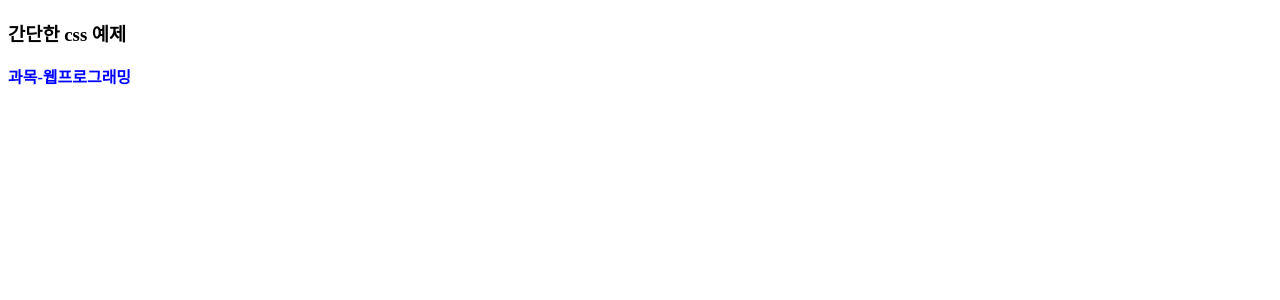
Repository: marudaga/html-css-lecture
Page: work/study/src/main/webapp/htmlEx/ch03/ex01.html
These files come from the project's save history. The page is drawn as it stood at one moment and after the next save; the edit follows.
The browser window is 1280 px wide. The pictures show the whole page.

Above is the page before, as saved 2022-09-06 06:17:52.

After the next save:
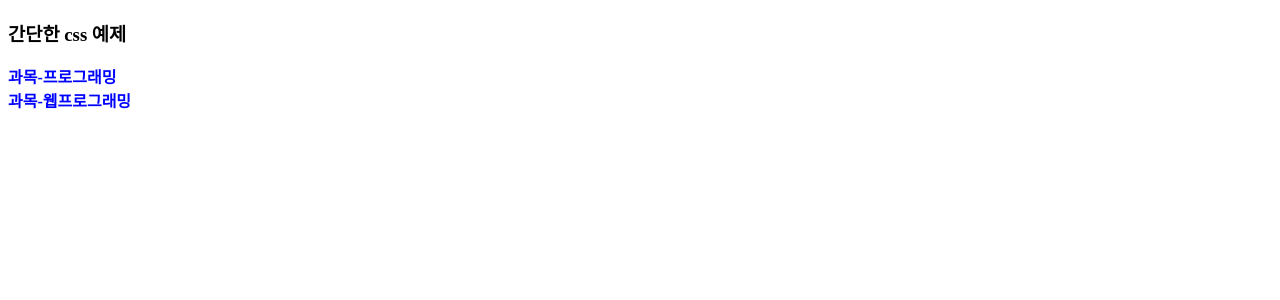
Saved 9 s later.
--- a/work/study/src/main/webapp/htmlEx/ch03/ex01.html
+++ b/work/study/src/main/webapp/htmlEx/ch03/ex01.html
@@ -13,6 +13,9 @@ div { color: blue; font-weight:  600;}
 
 <h3> 간단한 css 예제 </h3>
 
+<div>과목-프로그래밍</div>
+
+
 <div>과목-웹프로그래밍</div>
 
 
